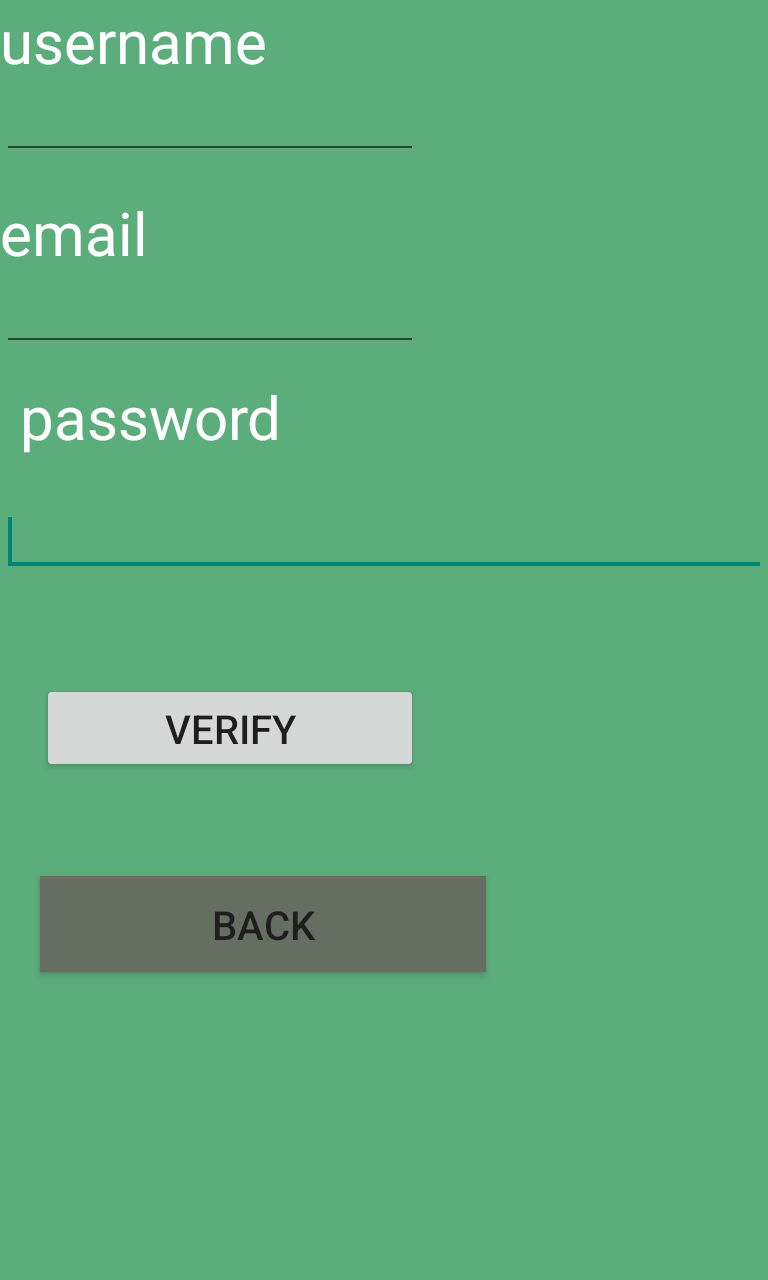
Repository: janemuthoni/icon
Layout: Exam/res/layout/login.xml
The author's editor kept a copy of each file at every save. The layout is drawn from the files as they stood at one save, then again after the next save.
It is drawn on a 768 x 1280 px phone screen (xhdpi) without system bars, with theme AppTheme; the app's code is not run.

Above is the layout before, as saved 2014-08-07 09:21:50.

### Exam/res/layout/login.xml
<?xml version="1.0" encoding="utf-8"?>
<LinearLayout xmlns:android="http://schemas.android.com/apk/res/android"
    android:layout_width="match_parent"
    android:layout_height="match_parent"
    android:orientation="vertical"
    android:background="@color/cyan">
     <TextView
           android:id="@+id/tvusername"
           android:layout_width="wrap_content"
           android:layout_height="wrap_content"
           android:text="@string/Username"
           android:textSize="30sp"
           android:textColor="@color/white" />

       <EditText
           android:id="@+id/etusername"
           android:layout_width="wrap_content"
           android:layout_height="wrap_content"
           android:ems="10"
           android:inputType="textPersonName" />

       <TextView
           android:id="@+id/tvemail"
           android:text="@string/email"
           android:textColor="@color/white"
           android:layout_width="wrap_content"
           android:layout_height="wrap_content"
           android:layout_marginTop="14dp"
           android:textSize="30sp" />

       <EditText
           android:id="@+id/etemail"
           android:layout_width="wrap_content"
           android:layout_height="wrap_content"
           android:ems="10"
           android:inputType="textEmailAddress" />

   <TextView
     android:id="@+id/tvpassword"
     android:layout_width="wrap_content"
     android:layout_height="wrap_content"
     android:text="@string/password"
     android:textSize="30sp"
     android:textColor="@color/white"
     android:layout_margin="10dp"/>

   <EditText
       android:id="@+id/editText2"
       android:layout_width="match_parent"
       android:layout_height="wrap_content"
       android:layout_marginTop="10dp"
       android:ems="10"
       android:inputType="textPassword" >

       <requestFocus />
   </EditText>

   <Button
       android:id="@+id/btnVerify"
       android:layout_width="190dp"
       android:layout_height="wrap_content"
       android:text="@string/buttonverify"
       android:textColor="@color/black"
          android:textSize="20sp"
          android:layout_marginLeft="20dp"
          android:layout_marginTop="50dp"/>

      <Button
          android:id="@+id/buttonback"
          android:layout_width="223dp"
          android:layout_height="wrap_content"
          android:layout_marginLeft="20dp"
          android:layout_marginTop="50dp"
          android:background="@color/darkgrey"
          android:text="@string/buttonback"
          android:textColor="@color/black"
          android:textSize="20sp" />

</LinearLayout>

### Exam/res/values/color.xml
<?xml version="1.0" encoding="utf-8"?>
<resources>
     <color name="grey">#A49F99</color>
      <color name="blue">#170674</color>
      <color name="green">#C81B1B</color>
      <color name="lightgreen">#7FDC33</color>
      <color name="darkgrey">#666D61</color>
      <color name="white">#FFFFFF</color>
      <color name="black">#1F1D1D</color>
      <color name="pink">#E1FBA2F7</color>
      <color name="lightgrey">#EBE0E3</color>
      <color name="cyan">#5CAD7C</color>
      <color name="greengrass">#08893C</color>
      <color name="yellow">#FDFF4F</color>
      <color name="violet">#7D0E2F</color>


</resources>

### Exam/res/values/strings.xml
<?xml version="1.0" encoding="utf-8"?>
<resources>

    <string name="app_name">Exam</string>
    <string name="hello_world">Hello world!</string>
    <string name="action_settings">Settings</string>
    <string name="firstname">firstname</string>
    <string name="email">email</string>
    <string name="password">password</string>
    <string name="Username">username</string>
    <string name="buttonregister">Register</string>
    <string name="buttonLogin">Login</string>
    <string name="buttonback">back</string>
    <string name="buttonverify">Verify</string>
    <string name="btndisplay">display</string>
    <string name="title_activity_register">RegisterActivity</string>
    <string name="title_activity_main">MainActivity</string>
    <string name="title_activity_welcome">WelcomeActivity</string>

</resources>

Loaded but not shown: Exam/res/values/styles.xml (common file); Exam/res/values-v11/styles.xml (common file); Exam/res/values-v14/styles.xml (common file)

After the next save:
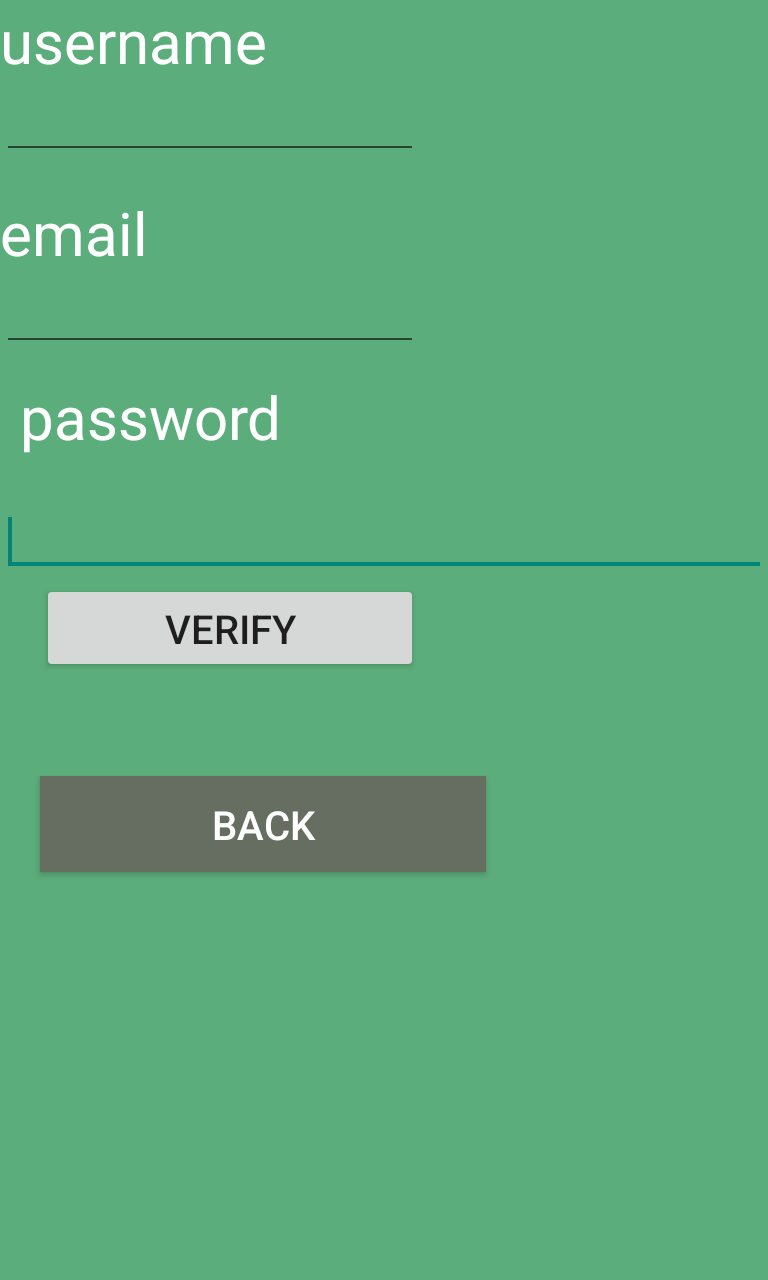
Saved 56 s later.
--- a/Exam/res/layout/login.xml
+++ b/Exam/res/layout/login.xml
@@ -61,9 +61,9 @@
        android:layout_height="wrap_content"
        android:text="@string/buttonverify"
        android:textColor="@color/black"
-          android:textSize="20sp"
-          android:layout_marginLeft="20dp"
-          android:layout_marginTop="50dp"/>
+       android:textSize="20sp"
+       android:layout_marginLeft="20dp"
+          />
 
       <Button
           android:id="@+id/buttonback"
@@ -73,7 +73,7 @@
           android:layout_marginTop="50dp"
           android:background="@color/darkgrey"
           android:text="@string/buttonback"
-          android:textColor="@color/black"
+          android:textColor="@color/white"
           android:textSize="20sp" />
 
 </LinearLayout>
